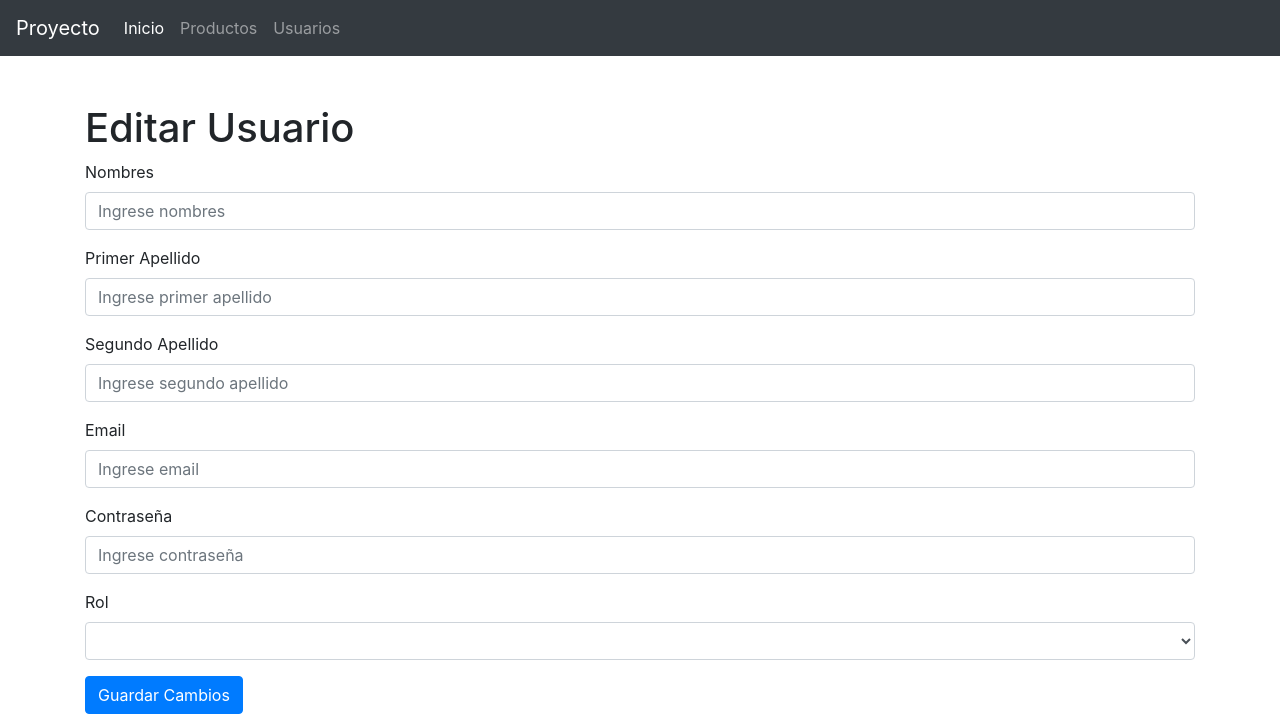
Repository: jfchirinos/ProyectoFinalLPII
Page: http://localhost/usuarioEdit
These files come from the project's save history. The page is drawn as it stood at one moment and after the next save; the edit follows.
The browser window is 1280 px wide. The pictures show the whole page.
Some web libraries are served in a nearby version. The page is this project's Thymeleaf template; nobody is signed in. The template is opened directly, without the code that normally fills it, so the values that code supplies are empty.

Above is the page before, as saved 2024-03-09 03:19:31.

After the next save:
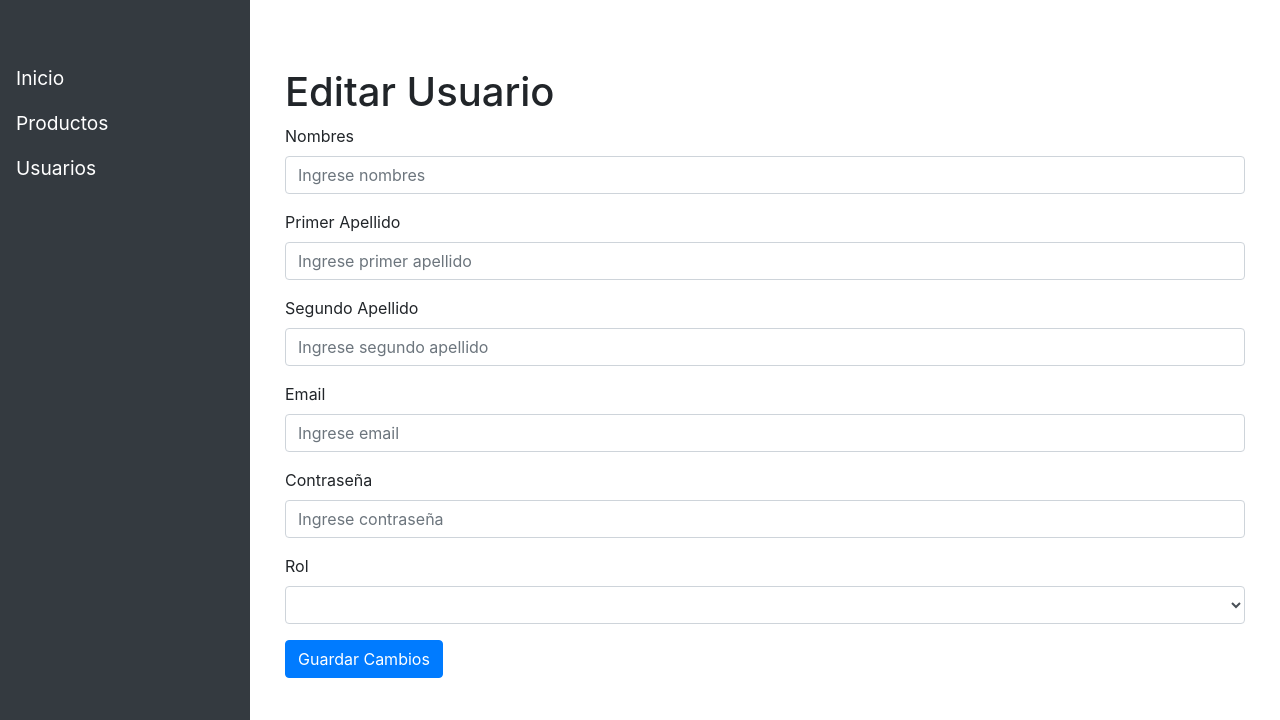
Saved 20 s later.
--- a/proyecto-final/src/main/resources/templates/usuarioEdit.html
+++ b/proyecto-final/src/main/resources/templates/usuarioEdit.html
@@ -6,27 +6,47 @@
     <title>Editar Usuario</title>
     <!-- Agregar la referencia a los archivos CSS de Bootstrap (localmente o a través de CDN) -->
     <link rel="stylesheet" href="https://stackpath.bootstrapcdn.com/bootstrap/4.5.2/css/bootstrap.min.css">
+<style>
+        .sidebar {
+            position: fixed;
+            top: 0;
+            left: 0;
+            height: 100%;
+            width: 250px;
+            background-color: #343a40;
+            padding-top: 56px; /* Ajuste para compensar la altura del navbar */
+            z-index: 1;
+        }
+        .main-content {
+            margin-left: 250px; /* Ancho de la barra lateral */
+            padding: 20px;
+        }
+        .navbar-nav {
+            flex-direction: column;
+        }
+        .nav-item a {
+		    color: #ffffff;
+		    padding-left: 1rem!important;
+		    font-size: 1.2rem;
+		}
+    </style>
 </head>
 <body>
-<nav class="navbar navbar-expand-lg navbar-dark bg-dark">
-    <a class="navbar-brand" href="#">Proyecto</a>
-    <button class="navbar-toggler" type="button" data-toggle="collapse" data-target="#navbarNav" aria-controls="navbarNav" aria-expanded="false" aria-label="Toggle navigation">
-        <span class="navbar-toggler-icon"></span>
-    </button>
-    <div class="collapse navbar-collapse" id="navbarNav">
-        <ul class="navbar-nav">
-            <li class="nav-item active">
-                <a class="nav-link" href="#">Inicio <span class="sr-only">(current)</span></a>
-            </li>
-            <li class="nav-item">
-                <a class="nav-link" href="/producto/productos">Productos</a>
-            </li>
-            <li class="nav-item">
-                <a class="nav-link" href="/usuario/usuarios">Usuarios</a>
-            </li>
-        </ul>
-    </div>
-</nav>
+
+<div class="sidebar">
+    <ul class="navbar-nav">
+        <li class="nav-item active">
+            <a class="nav-link" href="#">Inicio <span class="sr-only">(current)</span></a>
+        </li>
+        <li class="nav-item">
+            <a class="nav-link" href="/producto/productos">Productos</a>
+        </li>
+        <li class="nav-item">
+            <a class="nav-link" href="/usuario/usuarios">Usuarios</a>
+        </li>
+    </ul>
+</div>
+  <div class="main-content">
 <div class="container mt-5">
     <h1 class="mt-5">Editar Usuario</h1>
     <form action="/usuario/edit" method="post">
@@ -60,6 +80,7 @@
         <button type="submit" class="btn btn-primary">Guardar Cambios</button>
     </form>
 </div>
+</div>
 
 <script src="https://code.jquery.com/jquery-3.5.1.slim.min.js"></script>
 <script src="https://cdn.jsdelivr.net/npm/@popperjs/core@2.5.4/dist/umd/popper.min.js"></script>
